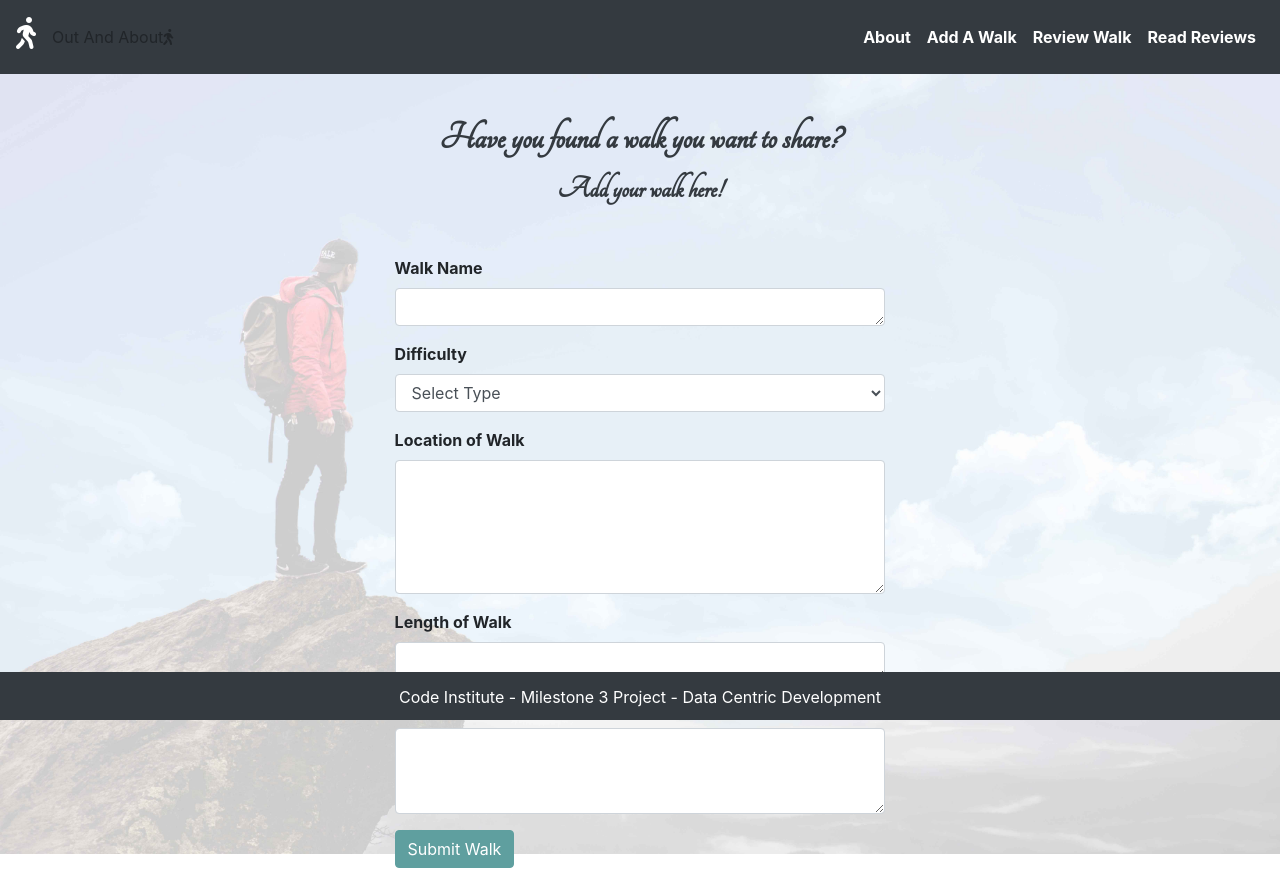
Repository: 5803emma/days-of-walking
Page: http://localhost/add_new_walk
The author's editor kept a record of every edit. The page is drawn from the files as they stood at one moment, then again after the next edit.
The browser window is 1280 px wide. The pictures show the whole page.
Some web libraries are served in a nearby version. The page is served by the project's application, run on Flask 3 (app.py).

Above is the page before.

### templates/add_walk.html
{% extends 'base.html' %} {% block content %}

<div class="container-fluid">
    <div class="row justify-content-center">
        <div class="col-10 text-dark welcome-text">
            <h1><strong>Have you found a walk you want to share?</strong></h1>
            <h2><strong>Add your walk here!</strong></h2>
        </div>
    </div>
    <div class="row row-form justify-content-center">
        <div class="col-12 col-md-5">
            <!-- Form fields -->
            <form action="{{url_for('insert_walk')}}" method="POST" class="form_font">
                <div class="form-group font-weight-bolder">
                    <label for="walk_name">Walk Name </label>
                    <textarea class="form-control" id="walk_name" name="walk_name" rows="1" required></textarea>
                </div>
                <div class="form-group font-weight-bolder">
                    <label for="walk_difficulty">Difficulty </label>
                    <select class="form-control" id="walk_difficulty" name="walk_difficulty">
                        <option value="" disabled selected>Select Type</option>
                        <option>Easy</option>
                        <option>Moderate</option>
                        <option>Hard</option>
                    </select>
                </div>
                <div class="form-group font-weight-bolder">
                    <label for="walk_location">Location of Walk</label>
                    <textarea class="form-control" id="walk_location" name="walk_location" rows="5" required></textarea>
                </div>
                <div class="form-group font-weight-bolder">
                    <label for="walk_length">Length of Walk</label>
                    <textarea class="form-control" id="walk_length" name="walk_length" rows="1" required></textarea>
                </div>
                <div class="form-group font-weight-bolder">
                    <label for="walk_terrain">Terrain </label>
                    <textarea class="form-control" id="walk_terrain" name="walk_terrain" rows="3" required></textarea>
                </div>
                <!-- Send button -->
                <button type="submit" class="btn btn-success">Submit Walk</button>
            </form>
        </div>
    </div>
</div>

{% endblock %}

### templates/base.html
<!DOCTYPE html>
<html>

<head>
    <link rel="stylesheet" href="https://stackpath.bootstrapcdn.com/bootstrap/4.4.1/css/bootstrap.min.css">
    <link rel="stylesheet" href="https://cdnjs.cloudflare.com/ajax/libs/font-awesome/5.12.0/css/all.min.css" />
    <link rel="stylesheet" href="{{ url_for('static', filename='css/style.css') }}" type="text/css" />
</head>

<body>
    <header>
        <nav class="navbar navbar-expand-md navbar-dark bg-dark home-logo-text">
            <a class="navbar-brand" href="{{url_for('get_walks')}}"><i
                    class="fas fa-walking"></i></a> Out And About <i
                    class="fas fa-walking"></i></a>
            <button class="navbar-toggler" type="button" data-toggle="collapse" data-target="#navbarNavAltMarkup" aria-controls="navbarNavAltMarkup" aria-expanded="false" aria-label="Toggle navigation">
                <span class="navbar-toggler-icon"></span>
            </button>
            <div class="collapse navbar-collapse" id="navbarNavAltMarkup">
                <div class="navbar-nav ml-auto">
                    <a class="nav-item nav-link" href="{{url_for('about')}}">About</a>
                    <a class="nav-item nav-link" href="{{url_for('add_new_walk')}}">Add A Walk</a>
                    <a class="nav-item nav-link" href="{{url_for('walk_review')}}">Review Walk</a>
                     <a class="nav-item nav-link" href="{{url_for('read_review')}}">Read Reviews</a>
                </div>
            </div>

        </nav>
    </header>

    <!-- Container for injected templates -->
    <div class="container-fluid justify-content-center">


    {% block content %} {% endblock %}

 <!-- Footer -->
  <footer class="bg-dark fixed-bottom">
    <div class="container-fluid">
      <p class="m-0 text-center text-white">Code Institute - Milestone 3 Project - Data Centric Development</p>
    </div>
    <!-- /.container -->
  </footer>

    <script src="https://code.jquery.com/jquery-3.4.1.slim.min.js"></script>
    <script src="https://cdn.jsdelivr.net/npm/popper.js@1.16.0/dist/umd/popper.min.js"></script>
    <script src="https://stackpath.bootstrapcdn.com/bootstrap/4.4.1/js/bootstrap.min.js"></script>
</body>

</html>

### app.py
import os
from flask import Flask, render_template, redirect, request, url_for
from flask_pymongo import PyMongo
from bson.objectid import ObjectId

app = Flask(__name__)

app.config["MONGO_DBNAME"] = 'walking_app'
app.config["MONGO_URI"] = 'mongodb+srv://root:johnbell@myfirstcluster-20lqh.mongodb.net/walking_app?retryWrites=true&w=majority'

mongo = PyMongo(app)

@app.route("/")
@app.route("/get_walks")
def get_walks():
    return render_template("home.html", walks=mongo.db.walks.find())

@app.route("/about")
def about():
    return render_template("about.html")


@app.route("/add_new_walk")
def add_new_walk():
    return render_template("add_walk.html")


@app.route("/insert_walk", methods=['POST'])
def insert_walk():
    walk = mongo.db.walks
    walk.insert_one(request.form.to_dict())
    return redirect(url_for('get_walks'))

# Update Information About Walk

@app.route("/edit_walk/<walk_id>")
def edit_walk(walk_id):
    the_walk = mongo.db.walks.find_one({"_id": ObjectId(walk_id)})
    return render_template("update_walk.html", walk=the_walk)

@app.route("/update_walk/<walk_id>", methods=["POST"])
def update_walk(walk_id):
    walk = mongo.db.walks
    walk.update({'_id': ObjectId(walk_id)}, {
        'walk_name' : request.form.get('walk_name'),
        'walk_location' : request.form.get('walk_location'),
        'walk_length' : request.form.get('walk_length'),
        'walk_difficulty' : request.form.get('walk_difficulty'),
        'walk_terrain' : request.form.get('walk_terrain')
    })
    return redirect(url_for('get_walks'))

# Delete Option

@app.route("/delete_walk/<walk_id>")
def delete_walk(walk_id):
    mongo.db.walks.remove({'_id': ObjectId(walk_id)})
    return redirect(url_for('get_walks'))

@app.route("/leave_review")
def walk_review():
    return render_template("walk_review.html", walks=mongo.db.walks.find())

# Sends the data that the user inserts to the database

@app.route("/gym_review", methods=['POST'])
def insert_review():
    review = mongo.db.reviews
    review.insert_one(request.form.to_dict())
    return redirect(url_for('gym_review'))


@app.route("/read_review")
def read_review():
    return render_template("read_reviews.html", reviews=mongo.db.reviews.find())

if __name__ == "__main__":
    app.run(host=os.environ.get("IP"),
    port=int(os.environ.get("PORT")),
    debug=True)

### static/css/style.css
@import url('https://fonts.googleapis.com/css?family=Tangerine&display=swap');

html,
body {
    background-image: url(../images/bg-image.jpg);
    background-repeat: no-repeat;
    height: 100vh;
    width: 100%;
    position: relative;
    background-size: cover;
    clear: both;
}


.container {
    display: flex;
}

.navbar-dark {
    background-color: #152238;
}

.navbar-dark .navbar-brand {
    color: #fff;
    font-weight: bold;
    font-family: "Tangerine", cursive, sans-serif;
    font-size: 2rem;
}

.navbar-dark .navbar-nav .nav-link {
    color: #fff;
    font-weight: bold;
}

h1,
h2 {
    text-align: center;
    font-family: "Tangerine", cursive, sans-serif;
}

.jumbotron {
    margin-top: 2rem;
    padding: 2rem 1rem;
    margin-bottom: 2rem;
    color: #ffffff;
    background-color: #152238;
    border-radius: .3rem;
}

.display-4 {
    font-size: 3.5rem;
    font-weight: 300;
    line-height: 1.2;
    font-family: "Tangerine", cursive, sans-serif;
}

.row {
    margin-top: 1rem;
    margin-bottom: 1rem;
}

.media-body {
    margin-top: 10px;
}

.btn-success {
    color: #fff;
    background-color: #5F9F9F;
    border-color: #5F9F9F;
    margin-bottom: 20px;
}

.fixed-bottom {
    position: fixed;
    right: 0;
    bottom: 0;
    left: 0;
    z-index: 1030;
    height: 3rem;
    padding-top: 0.8rem;
    background-color: #152238;
}


@media only screen and (max-width: 550px) {
    .table {
        font-size: 9px;
        font-weight: bold;
    }
    .btn-sm {
        font-size: 9px;

    }
    .table-data {
        padding-right: 1px;
        padding-left: 1px;
    }
}

.row-review {
    margin-top: 25px;
    background-color: rgba(245, 246, 250, 1.0);
}


.text-dark {
    color: #343a40;
    padding: 1em;
    margin: 0.5em;
}

After the next edit:
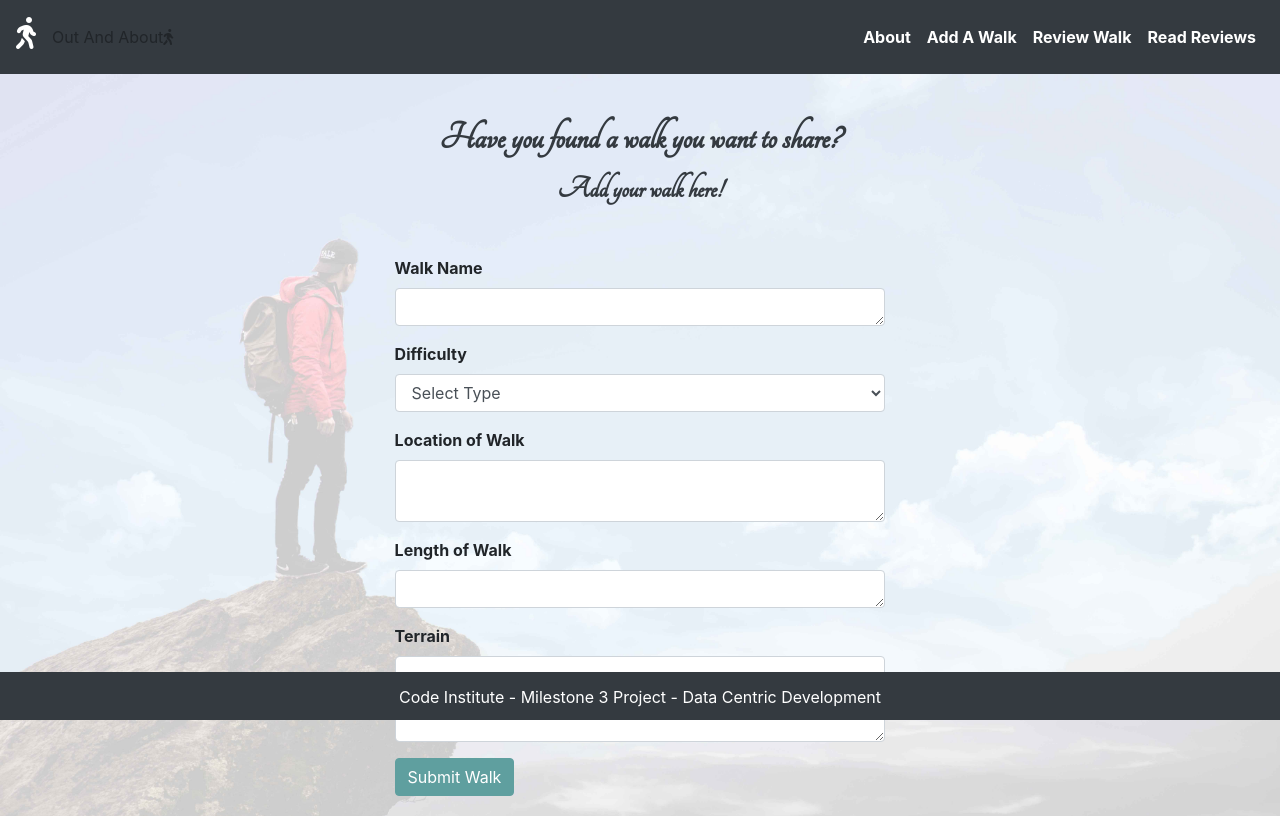
The edit:
--- a/templates/add_walk.html
+++ b/templates/add_walk.html
@@ -26,7 +26,7 @@
                 </div>
                 <div class="form-group font-weight-bolder">
                     <label for="walk_location">Location of Walk</label>
-                    <textarea class="form-control" id="walk_location" name="walk_location" rows="5" required></textarea>
+                    <textarea class="form-control" id="walk_location" name="walk_location" rows="2" required></textarea>
                 </div>
                 <div class="form-group font-weight-bolder">
                     <label for="walk_length">Length of Walk</label>
